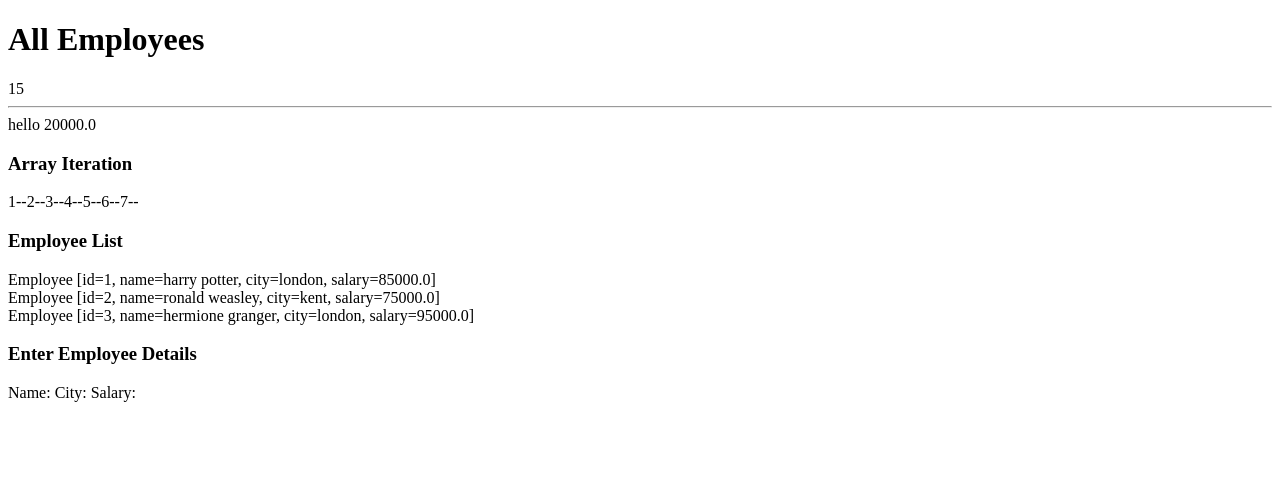
Repository: imtiyaz-hirani/cg-jan-23
Page: http://localhost/MySpringApp/employees
An editor plug-in stored every save of this project. The page is shown before and after the next save, followed by the edit.
The browser window is 1280 px wide. The pictures show the whole page.
The page is served by Tomcat 9. Other server files are loaded and not shown.

Above is the page before, as saved 2023-01-12 09:24:05.

### MySpringApp/WebContent/WEB-INF/jsps/employees.jsp
<%@page import="com.spring.app.main.model.Employee"%>
<%@page import="java.util.List"%>
<%@ page language="java" contentType="text/html; charset=ISO-8859-1"
    pageEncoding="ISO-8859-1"%>
<!DOCTYPE html>
<html>
<head>
<meta charset="ISO-8859-1">
<title>Insert title here</title>
</head>
<body>
<h1>All Employees</h1>
<%
int x=5;
int y=10;
%>
<%=x+y %>
 <hr>
 <%
 	String value = (String)request.getAttribute("msg");
 	double priceVal = (double) request.getAttribute("price");

 %>
 <%=value %>
 <%=priceVal %>

 <h3>Array Iteration</h3>
 <%
 Integer[] iarry = (Integer[])request.getAttribute("iarry");

 for(Integer i :iarry){
	 out.print(i + "--");
 }
 %>

 <h3>Employee List</h3>

 <%
 	List<Employee> list = (List) request.getAttribute("list");

 	for(Employee e : list){
 		out.print(e + "<BR>");
 	}
 %>

 <h3>Enter Employee Details</h3>
 <form action="" method="">
 	<label>Name: </label>
 	<label>City: </label>
 	<label>Salary: </label>
 </form>
</body>
</html>

<!--
Java Code
HTML Code + CSS
 -->

### MySpringApp/src/com/spring/app/main/model/Employee.java
package com.spring.app.main.model;

public class Employee {
	private int id;
	private String name;
	private String city;
	private double salary;

	public Employee() { }

	public Employee(int id, String name, String city, double salary) {
		super();
		this.id = id;
		this.name = name;
		this.city = city;
		this.salary = salary;
	}

	public int getId() {
		return id;
	}

	public void setId(int id) {
		this.id = id;
	}

	public String getName() {
		return name;
	}

	public void setName(String name) {
		this.name = name;
	}

	public String getCity() {
		return city;
	}

	public void setCity(String city) {
		this.city = city;
	}

	public double getSalary() {
		return salary;
	}

	public void setSalary(double salary) {
		this.salary = salary;
	}

	@Override
	public String toString() {
		return "Employee [id=" + id + ", name=" + name + ", city=" + city + ", salary=" + salary + "]";
	}


}

After the next save:
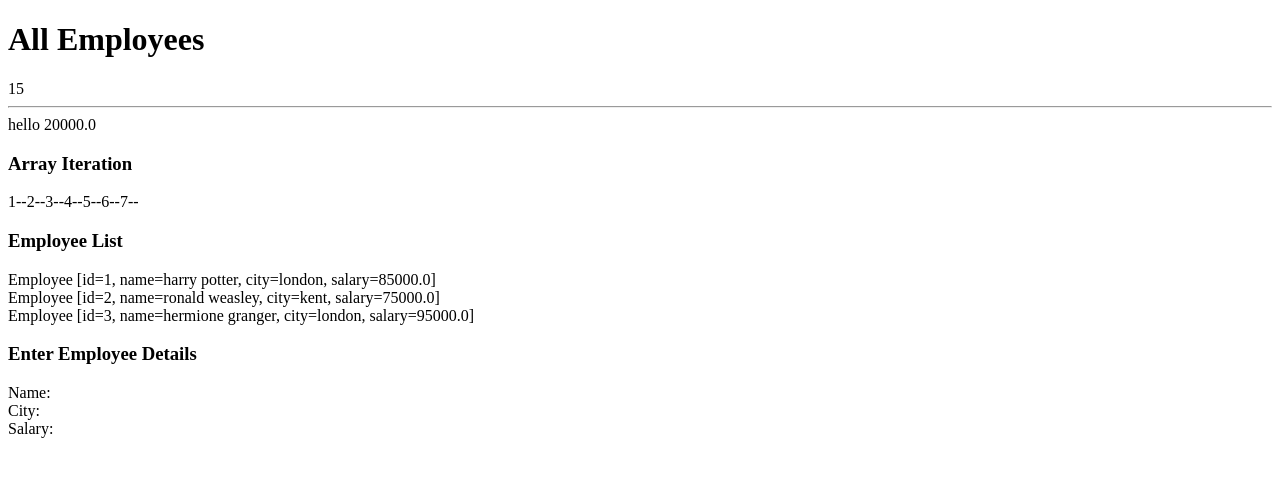
Saved 17 s later.
--- a/MySpringApp/WebContent/WEB-INF/jsps/employees.jsp
+++ b/MySpringApp/WebContent/WEB-INF/jsps/employees.jsp
@@ -45,9 +45,9 @@ int y=10;
 
  <h3>Enter Employee Details</h3>
  <form action="" method="">
- 	<label>Name: </label>
- 	<label>City: </label>
- 	<label>Salary: </label>
+ 	<label>Name: </label> <br />
+ 	<label>City: </label> <br />
+ 	<label>Salary: </label> <br />
  </form>
 </body>
 </html>
